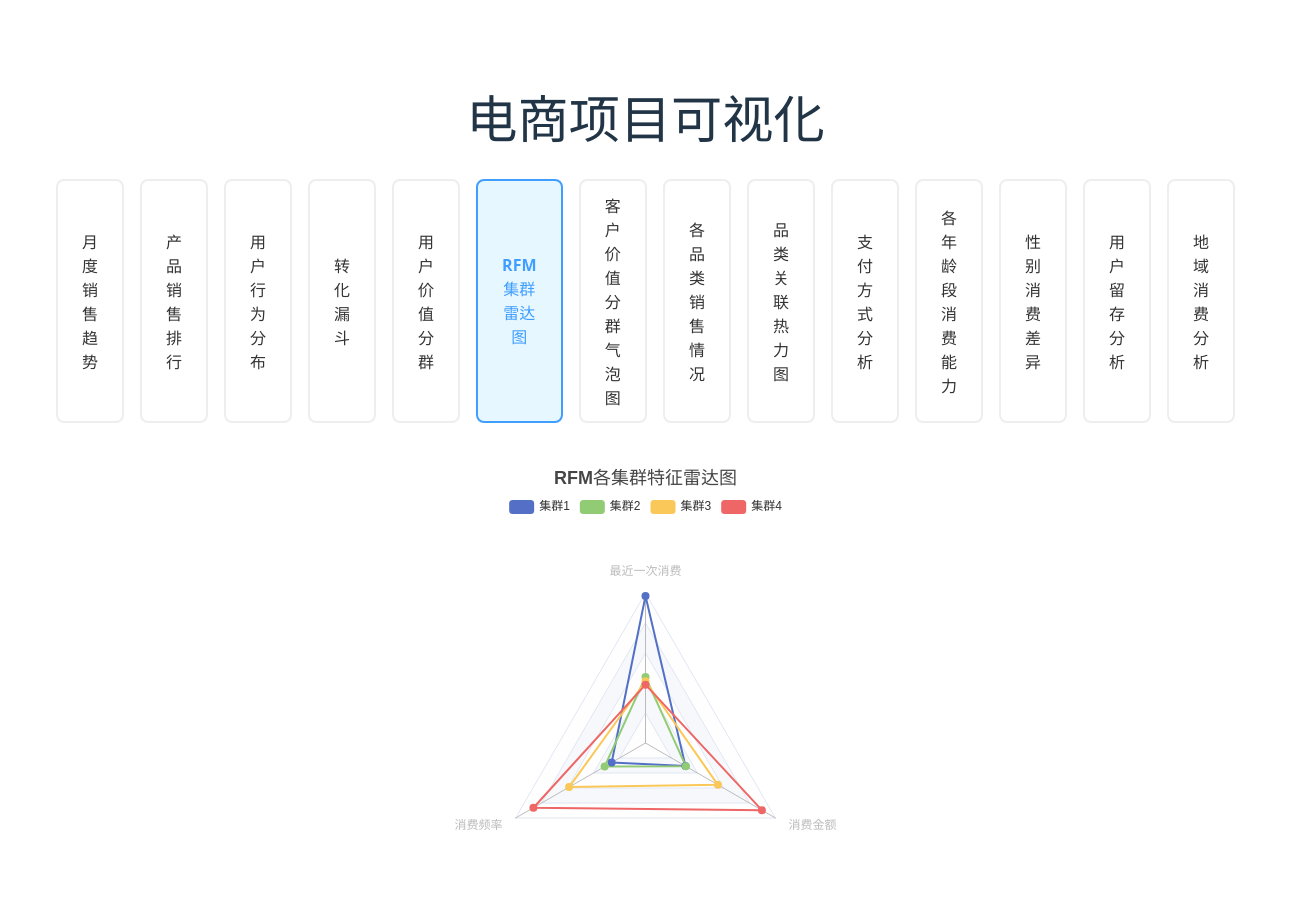
Repository: sakimi-9/DPV-EC
Page: / (app in src/rendering/), after clicking the first element matching `div > :nth-child(6)`
The author's editor kept a copy of each file at every save. The page is drawn from the files as they stood at one save, then again after the next save.
The browser window is 1280 px wide. The page is 1291 px wide, so the pictures cover 1291 px, including what lies to the right of the window. The pictures show the whole page.
The page's requests for data from a server got no answer. The project was rebuilt for these pictures with package versions that can differ from the ones it lists, and the page was loaded fresh each time. No one was signed in, and anything a server would have sent is missing. Also part of the build but not shown: src/rendering/vite.config.ts, src/rendering/src/views/ProductRank.vue, src/rendering/src/views/UserBehavior.vue, src/rendering/src/views/Funnel.vue, src/rendering/src/views/RFMScatter.vue, src/rendering/src/views/RFMBubble.vue, src/rendering/src/views/CategorySales.vue, src/rendering/src/views/CategoryHeatmap.vue and 5 more.

Above is the page before, as saved 2025-06-19 14:07:35.

### src/rendering/src/App.vue
<template>
  <div style="padding: 24px;">
    <h1 style="text-align:center; margin-bottom: 32px;">电商项目可视化</h1>
    <div style="display: flex; justify-content: center; gap: 16px; margin-bottom: 32px;">
      <button v-for="(tab, idx) in tabs" :key="tab.key" :style="{
        padding: '12px 24px',
        border: idx === activeTab ? '2px solid #409EFF' : '2px solid #eee',
        borderRadius: '8px',
        background: idx === activeTab ? '#e6f7ff' : '#fff',
        color: idx === activeTab ? '#409EFF' : '#333',
        fontWeight: 'bold',
        cursor: 'pointer'
      }" @click="activeTab = idx">
        {{ tab.label }}
      </button>
    </div>
    <component :is="tabs[activeTab].component" />
  </div>
</template>

<script setup lang="ts">
import { ref } from 'vue'
import SalesTrend from './views/SalesTrend.vue'
import ProductRank from './views/ProductRank.vue'
import UserBehavior from './views/UserBehavior.vue'
import Funnel from './views/Funnel.vue'
import RFMScatter from './views/RFMScatter.vue'
import RFMRadar from './views/RFMRadar.vue'
import RFMBubble from './views/RFMBubble.vue'
import CategorySales from './views/CategorySales.vue'
import CategoryHeatmap from './views/CategoryHeatmap.vue'
import PaymentAnalysis from './views/PaymentAnalysis.vue'
import AgeConsumption from './views/AgeConsumption.vue'
import GenderConsumption from './views/GenderConsumption.vue'
import UserRetention from './views/UserRetention.vue'
import RegionConsumption from './views/RegionConsumption.vue'

const tabs = [
  { key: 'sales', label: '月度销售趋势', component: SalesTrend },
  { key: 'product', label: '产品销售排行', component: ProductRank },
  { key: 'behavior', label: '用户行为分布', component: UserBehavior },
  { key: 'funnel', label: '转化漏斗', component: Funnel },
  { key: 'rfm_scatter', label: '用户价值分群', component: RFMScatter },
  { key: 'rfm_radar', label: 'RFM集群雷达图', component: RFMRadar },
  { key: 'rfm_bubble', label: '客户价值分群气泡图', component: RFMBubble },
  { key: 'category_sales', label: '各品类销售情况', component: CategorySales },
  { key: 'category_heatmap', label: '品类关联热力图', component: CategoryHeatmap },
  { key: 'payment', label: '支付方式分析', component: PaymentAnalysis },
  { key: 'age', label: '各年龄段消费能力', component: AgeConsumption },
  { key: 'gender', label: '性别消费差异', component: GenderConsumption },
  { key: 'retention', label: '用户留存分析', component: UserRetention },
  { key: 'region', label: '地域消费分析', component: RegionConsumption }
]
const activeTab = ref(0)
</script>

### src/rendering/src/views/SalesTrend.vue
<template>
    <EchartBase :option="option" height="400px" />
</template>

<script setup lang="ts">
import { ref, onMounted } from 'vue'
import EchartBase from '../components/EchartBase.vue'

const option = ref({})

function getMonth(dateStr: string) {
    return dateStr.slice(0, 7)
}

onMounted(async () => {
    try {
        const [ordersRes, orderItemsRes] = await Promise.all([
            fetch('/orders.json'),
            fetch('/order_items.json')
        ])
        if (!ordersRes.ok || !orderItemsRes.ok) throw new Error('数据文件未找到')
        const orders = await ordersRes.json()
        const orderItems = await orderItemsRes.json()
        // 计算每个订单金额
        const orderAmount: Record<string, number> = {}
        orderItems.forEach((item: any) => {
            orderAmount[item.order_id] = (orderAmount[item.order_id] || 0) + Number(item.price) * Number(item.quantity)
        })
        // 统计每月销售额
        const monthSales: Record<string, number> = {}
        orders.forEach((o: any) => {
            const m = getMonth(o.order_date)
            monthSales[m] = (monthSales[m] || 0) + (orderAmount[o.order_id] || 0)
        })
        const months = Object.keys(monthSales).sort()
        option.value = {
            title: { text: '月度销售趋势', left: 'center' },
            tooltip: { trigger: 'axis' },
            xAxis: { type: 'category', data: months },
            yAxis: { type: 'value' },
            series: [{ data: months.map(m => monthSales[m]), type: 'line', smooth: true }]
        }
    } catch (e) {
        console.error('月度销售趋势数据加载失败', e)
    }
})
</script>

### src/rendering/src/views/RFMRadar.vue
<template>
    <div>
        <EchartBase :option="option" height="400px" />
    </div>
</template>

<script setup lang="ts">
import { ref, onMounted } from 'vue'
import EchartBase from '../components/EchartBase.vue'

const option = ref({})

onMounted(async () => {
    const res = await fetch('/rfm_radar.json')
    const data = await res.json()
    const indicators = [
        { name: '最近一次消费', max: 2, min: -2 },
        { name: '消费频率', max: 2, min: -2 },
        { name: '消费金额', max: 2, min: -2 }
    ]
    option.value = {
        title: { text: 'RFM各集群特征雷达图', left: 'center', top: 10 },
        tooltip: {},
        legend: { data: data.map((d: any) => `集群${d.cluster + 1}`), top: 40 },
        radar: {
            indicator: indicators,
            center: ['50%', '72%'], // 下移
            radius: 150 // 缩小半径
        },
        series: [{
            type: 'radar',
            data: data.map((d: any) => ({
                value: [d.recency, d.frequency, d.monetary],
                name: `集群${d.cluster + 1}`
            }))
        }]
    }
})
</script>

### src/rendering/src/components/EchartBase.vue
<template>
    <div ref="chartRef" :style="{ width: '100%', height: height }"></div>
</template>

<script setup lang="ts">
import { ref, onMounted, onBeforeUnmount, watch } from 'vue'
import * as echarts from 'echarts'

const props = defineProps({
    option: { type: Object, required: true },
    height: { type: String, default: '400px' }
})

const chartRef = ref<HTMLElement | null>(null)
let chartInstance: echarts.ECharts | null = null

const renderChart = () => {
    if (chartRef.value) {
        if (!chartInstance) {
            chartInstance = echarts.init(chartRef.value)
        }
        chartInstance.setOption(props.option)
    }
}

onMounted(() => {
    renderChart()
    window.addEventListener('resize', resizeChart)
})

onBeforeUnmount(() => {
    if (chartInstance) {
        chartInstance.dispose()
        chartInstance = null
    }
    window.removeEventListener('resize', resizeChart)
})

const resizeChart = () => {
    if (chartInstance) {
        chartInstance.resize()
    }
}

watch(() => props.option, renderChart, { deep: true })
</script>

### src/rendering/public/rfm_radar.json
[
  {
    "cluster": 0,
    "recency": 1.918362789991996,
    "frequency": -0.9580539040569709,
    "monetary": -0.7696626377106415
  },
  {
    "cluster": 1,
    "recency": -0.2376870254533549,
    "frequency": -0.7405668421248249,
    "monetary": -0.7547798112664874
  },
  {
    "cluster": 2,
    "recency": -0.35301961037022156,
    "frequency": 0.35182840892579886,
    "monetary": 0.23003397145509383
  },
  {
    "cluster": 3,
    "recency": -0.4443181391400693,
    "frequency": 1.451432708870513,
    "monetary": 1.583387211673107
  }
]

Loaded but not shown: src/rendering/index.html (common file); src/rendering/src/main.ts (common file); src/rendering/src/style.css (common file)

After the next save:
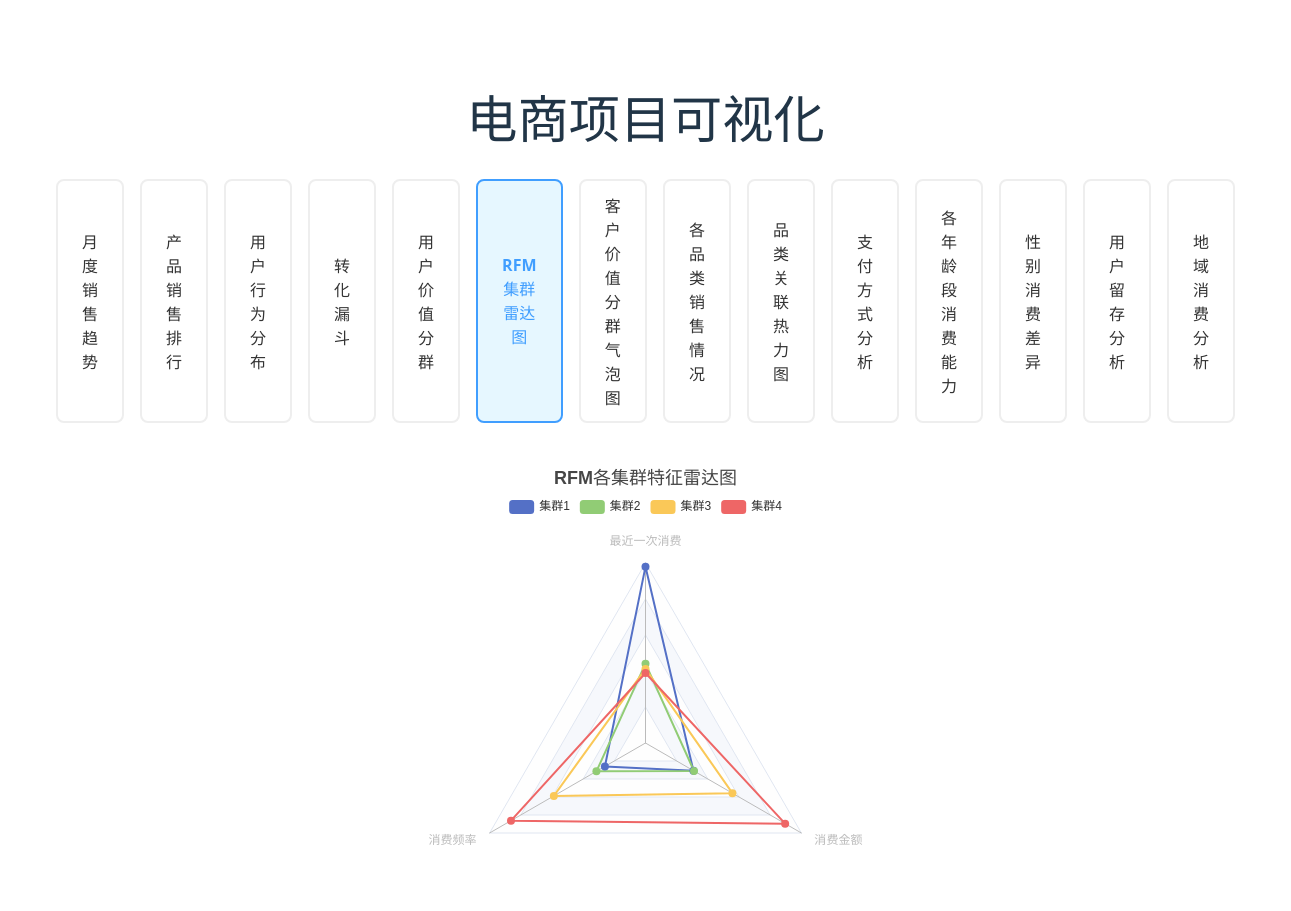
Saved 9 s later.
--- a/src/rendering/src/views/RFMRadar.vue
+++ b/src/rendering/src/views/RFMRadar.vue
@@ -25,7 +25,7 @@ onMounted(async () => {
         radar: {
             indicator: indicators,
             center: ['50%', '72%'], // 下移
-            radius: 150 // 缩小半径
+            radius: 180 // 缩小半径
         },
         series: [{
             type: 'radar',
